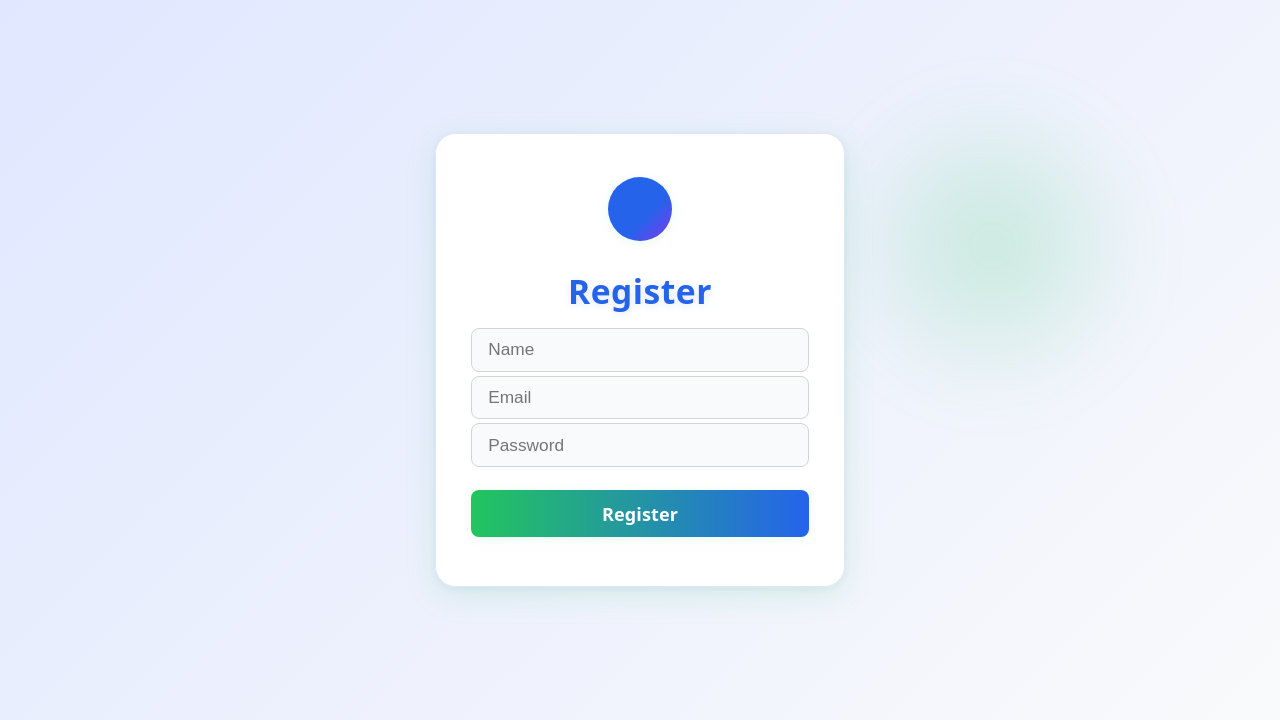
Repository: him021204/Task-Manager
Page: /register (app in client/)
An editor plug-in stored every save of this project. The page is shown before and after the next save, followed by the edit.
The browser window is 1280 px wide. The pictures show the whole page.
The page's requests for data from a server got no answer. The project was rebuilt for these pictures with package versions that can differ from the ones it lists, and the page was loaded fresh each time. No one was signed in, and anything a server would have sent is missing. Also part of the build but not shown: client/vite.config.js, client/src/pages/Dashboard.css, client/src/pages/Dashboard.jsx, client/src/pages/Login.css, client/src/pages/Login.jsx, client/src/pages/Analytics.css, client/src/pages/Analytics.jsx, client/src/pages/CalendarView.css and 1 more.

Above is the page before, as saved 2025-06-19 20:03:27.

### client/src/main.jsx
import React from 'react';
import ReactDOM from 'react-dom/client';
import App from './App.jsx';
import './index.css';
import 'react-big-calendar/lib/css/react-big-calendar.css';
ReactDOM.createRoot(document.getElementById('root')).render(
  <React.StrictMode>
    <App />
  </React.StrictMode>,
);

### client/src/App.jsx
import 'react-big-calendar/lib/css/react-big-calendar.css';
import { BrowserRouter as Router, Routes, Route } from 'react-router-dom';
import { SocketProvider } from './context/SocketContext';
import { AuthProvider } from './context/AuthContext';
import Home from './pages/Home';
import Dashboard from './pages/Dashboard';
import Login from './pages/Login';
import Register from './pages/Register';
import Analytics from './pages/Analytics';
import CalendarView from './pages/CalendarView';
import { ToastContainer } from 'react-toastify';
import 'react-toastify/dist/ReactToastify.css';

const App = () => {
  // You can also remove the dark state if not needed
  // const [dark, setDark] = useState(false);
  return (
    <div className="min-h-screen bg-gray-100 text-black">
      <AuthProvider>
        <SocketProvider>
          <Router>
            <main className="pt-12 px-2 max-w-7xl mx-auto">
              <Routes>
                <Route path="/" element={<Login />} />
                <Route path="/home" element={<Home />} />
                <Route path="/dashboard" element={<Dashboard />} />
                <Route path="/register" element={<Register />} />
                <Route path="/analytics" element={<Analytics />} />
                <Route path="/calendar" element={<CalendarView />} />
              </Routes>
            </main>
          </Router>
          <ToastContainer position="top-right" autoClose={3000} />
        </SocketProvider>
      </AuthProvider>
    </div>
  );
};

export default App;

### client/src/context/SocketContext.jsx
import { createContext, useContext, useEffect } from 'react';
import { socket } from '../utils/socket';

const SocketContext = createContext();

export const SocketProvider = ({ children }) => {
  useEffect(() => {
    return () => socket.disconnect();
  }, []);

  return (
    <SocketContext.Provider value={socket}>
      {children}
    </SocketContext.Provider>
  );
};

export const useSocket = () => useContext(SocketContext);

### client/src/context/AuthContext.jsx
import { createContext, useContext, useEffect, useState } from 'react';
import axios from 'axios';

export const AuthContext = createContext();

export const AuthProvider = ({ children }) => {
  const [user, setUser] = useState(null);
  const [token, setToken] = useState(localStorage.getItem('token'));

  useEffect(() => {
    if (token) {
      axios.defaults.headers.common['Authorization'] = `Bearer ${token}`;
      setUser(JSON.parse(localStorage.getItem('user')));
    }
  }, [token]);

  const login = (data) => {
    localStorage.setItem('token', data.token);
    localStorage.setItem('user', JSON.stringify(data.user));
    setUser(data.user);
    setToken(data.token);
  };

  const logout = () => {
    localStorage.clear();
    setUser(null);
    setToken(null);
  };

  return (
    <AuthContext.Provider value={{ user, login, logout }}>
      {children}
    </AuthContext.Provider>
  );
};

export const useAuth = () => useContext(AuthContext);

### client/src/pages/Home.jsx
import React from 'react';
import { Link, useNavigate } from 'react-router-dom';
import { useEffect } from 'react';
import './Home.css';

const features = [
  {
    title: "Project Organization",
    desc: "Easily create, manage, and prioritize all your projects in one place with intelligent categorization.",
    icon: (
      <svg className="feature-icon blue-icon" fill="none" stroke="currentColor" strokeWidth="2" viewBox="0 0 24 24">
        <rect x="3" y="4" width="18" height="6" rx="2" />
        <rect x="3" y="14" width="9" height="6" rx="2" />
        <rect x="15" y="14" width="6" height="6" rx="2" />
      </svg>
    ),
  },
  {
    title: "Kanban Boards",
    desc: "Visualize your workflow with drag-and-drop simplicity. Track progress like never before.",
    icon: (
      <svg className="feature-icon green-icon" fill="none" stroke="currentColor" strokeWidth="2" viewBox="0 0 24 24">
        <rect x="3" y="5" width="4" height="14" rx="2" />
        <rect x="10" y="5" width="4" height="9" rx="2" />
        <rect x="17" y="5" width="4" height="4" rx="2" />
      </svg>
    ),
  },
  {
    title: "Team Collaboration",
    desc: "Real-time updates, seamless communication, and synchronized teamwork across all devices.",
    icon: (
      <svg className="feature-icon purple-icon" fill="none" stroke="currentColor" viewBox="0 0 24 24">
        <circle cx="8" cy="8" r="3" />
        <circle cx="16" cy="8" r="3" />
        <path d="M2 20v-2a4 4 0 014-4h4a4 4 0 014 4v2" />
        <path d="M17 20v-2a4 4 0 013-3.87" />
      </svg>
    ),
  },
];

const Login = () => {
  const navigate = useNavigate();

  useEffect(() => {
    // If token exists, redirect to home
    if (localStorage.getItem('token')) {
      navigate('/home'); // or navigate('/') if your home route is "/"
    }
  }, [navigate]);

  // ...rest of your component...
};

const Home = () => {
  const handleGetStartedHover = (e) => {
    e.target.style.transform = 'translateY(-8px)';
    e.target.style.boxShadow = '0 25px 50px rgba(37, 99, 235, 0.4)';
  };

  const handleGetStartedLeave = (e) => {
    e.target.style.transform = 'translateY(0)';
    e.target.style.boxShadow = '0 20px 40px rgba(37, 99, 235, 0.3)';
  };

  const handleStatHover = (e) => {
    e.target.style.transform = 'translateY(-12px)';
    e.target.style.boxShadow = '0 30px 60px rgba(0, 0, 0, 0.15)';
  };

  const handleStatLeave = (e) => {
    e.target.style.transform = 'translateY(0)';
    e.target.style.boxShadow = '0 20px 40px rgba(0, 0, 0, 0.1)';
  };

  const handleFeatureHover = (e) => {
    e.target.style.transform = 'translateY(-16px)';
    e.target.style.boxShadow = '0 40px 80px rgba(0, 0, 0, 0.15)';
  };

  const handleFeatureLeave = (e) => {
    e.target.style.transform = 'translateY(0)';
    e.target.style.boxShadow = '0 30px 60px rgba(0, 0, 0, 0.1)';
  };

  const handleTrialButtonHover = (e) => {
    e.target.style.transform = 'translateY(-8px)';
    e.target.style.background = '#f8fafc';
  };

  const handleTrialButtonLeave = (e) => {
    e.target.style.transform = 'translateY(0)';
    e.target.style.background = 'white';
  };

  const handleFooterLinkHover = (e) => {
    e.target.style.color = '#2563eb';
  };

  const handleFooterLinkLeave = (e) => {
    e.target.style.color = '#64748b';
  };

  return (
    <div className="home-container">
      {/* Navigation Bar */}
      <nav className="navbar">
        <div className="nav-content">
          <span className="logo">Task Manager</span>
          <div className="nav-links">
            <Link to="/home" className="nav-link active">Home</Link>
            <Link to="/dashboard" className="nav-link">Dashboard</Link>
            <Link to="/analytics" className="nav-link">Analytics</Link>
            <Link to="/calendar" className="nav-link">Calendar</Link>
            <Link to="/" className="nav-link">Login</Link>
          </div>
        </div>
      </nav>

      {/* Welcome Message */}
      <div className="welcome-banner">
      </div>

      {/* Hero Section */}
      <header className="hero-section">
        {/* Background Elements */}
        <div className="bg-element bg-element-1"></div>
        <div className="bg-element bg-element-2"></div>

        <div className="hero-content">
          <div className="hero-text">
            {/* Main Heading */}
            <div className="main-heading">
              <h1 className="heading-line-1">Boost Your Productivity</h1>
            </div>

            {/* Subtitle */}
            <p className="subtitle">
              Transform chaos into clarity. Manage tasks, projects, and teams with the most
              <span className="highlight"> intuitive platform </span>
              designed for modern workflows.
            </p>

            {/* CTA Buttons */}
            <div className="cta-container">
              <Link
                to="/"
                className="cta-button"
                onMouseEnter={handleGetStartedHover}
                onMouseLeave={handleGetStartedLeave}
              >
                <span>Get Started Free</span>
                <svg width="20" height="20" fill="none" stroke="currentColor" viewBox="0 0 24 24">
                  <path strokeLinecap="round" strokeLinejoin="round" strokeWidth="2" d="M13 7l5 5m0 0l-5 5m5-5H6"></path>
                </svg>
              </Link>
            </div>
          </div>

          {/* Stats Section */}
          <div className="stats-grid">
            {[
              { number: "10K+", label: "Tasks Completed Daily", icon: "📋", gradient: "gradient-blue" },
              { number: "99.9%", label: "Uptime Guarantee", icon: "⚡", gradient: "gradient-green" },
              { number: "Real-time", label: "Team Collaboration", icon: "👥", gradient: "gradient-purple" }
            ].map((stat, idx) => (
              <div
                key={idx}
                className="stat-card"
                onMouseEnter={handleStatHover}
                onMouseLeave={handleStatLeave}
              >
                <div className="stat-icon">{stat.icon}</div>
                <div className={`stat-number ${stat.gradient}`}>
                  {stat.number}
                </div>
                <div className="stat-label">
                  {stat.label}
                </div>
              </div>
            ))}
          </div>
        </div>
      </header>

      {/* Features Section */}
      <section className="features-section">
        <div className="features-container">
          {/* Section Header */}
          <div className="section-header">
            <h2 className="features-title">Powerful Features</h2>
            <p className="features-subtitle">
              Everything you need to transform your workflow and achieve unprecedented productivity
            </p>
          </div>

          {/* Features Grid */}
          <div className="features-grid">
            {features.map((feature, idx) => (
              <div
                key={idx}
                className="feature-card"
                onMouseEnter={handleFeatureHover}
                onMouseLeave={handleFeatureLeave}
              >
                {/* Icon */}
                <div className="feature-icon-container">
                  {feature.icon}
                </div>

                {/* Content */}
                <h3 className="feature-title">{feature.title}</h3>
                <p className="feature-description">{feature.desc}</p>
              </div>
            ))}
          </div>

          {/* Bottom CTA */}
          <div className="bottom-cta">
            <div className="cta-card">
              <div className="cta-overlay"></div>
              <div className="cta-content">
                <h3 className="cta-title">
                  Ready to Transform Your Productivity?
                </h3>
                <p className="cta-subtitle">
                  Join thousands of teams who've revolutionized their workflow
                </p>
                <Link
                  to="/"
                  className="trial-button"
                  onMouseEnter={handleTrialButtonHover}
                  onMouseLeave={handleTrialButtonLeave}
                >
                  <span>Start Your Free Trial</span>
                  <svg width="24" height="24" fill="none" stroke="currentColor" viewBox="0 0 24 24">
                    <path strokeLinecap="round" strokeLinejoin="round" strokeWidth="2" d="M13 7l5 5m0 0l-5 5m5-5H6"></path>
                  </svg>
                </Link>
              </div>
            </div>
          </div>
        </div>
      </section>

      {/* Footer */}
      <footer className="footer">
        <div className="footer-content">
          <p className="footer-text">
            © {new Date().getFullYear()} Task Manager. Built for teams and individuals who value productivity.
          </p>
          <div className="footer-links">
            {["Privacy Policy", "Terms of Service", "Contact Us"].map((link, idx) => (
              <a
                key={idx}
                href="#"
                className="footer-link"
                onMouseEnter={handleFooterLinkHover}
                onMouseLeave={handleFooterLinkLeave}
              >
                {link}
              </a>
            ))}
          </div>
        </div>
      </footer>
    </div>
  );
};

export default Home;

### client/src/pages/Register.jsx
import { useState } from 'react';
import axios from 'axios';
import { useNavigate } from 'react-router-dom';
import './Register.css';

const Register = () => {
  const [form, setForm] = useState({ name: '', email: '', password: '' });
  const [loading, setLoading] = useState(false);
  const [error, setError] = useState('');
  const navigate = useNavigate();

  const handleSubmit = async (e) => {
    e.preventDefault();
    setLoading(true);
    setError('');
    try {
      await axios.post('http://localhost:5000/api/auth/register', form);
      navigate('/login');
    } catch (err) {
      setError(
        err.response?.data?.error ||
        'Registration failed. Please try again.'
      );
    } finally {
      setLoading(false);
    }
  };

  return (
    <div className="register-bg">
      <form onSubmit={handleSubmit} className="register-form">
        <div className="register-avatar">
          {/* Example SVG icon */}
          <svg viewBox="0 0 24 24" fill="none">
            <circle cx="12" cy="8" r="4" />
            <path d="M4 20c0-4 16-4 16 0" />
          </svg>
        </div>
        <h2 className="register-title">Register</h2>
        {error && <div className="register-alert">{error}</div>}
        <input
          className="register-input"
          type="text"
          placeholder="Name"
          value={form.name}
          onChange={e => setForm({ ...form, name: e.target.value })}
          required
        />
        <input
          className="register-input"
          type="email"
          placeholder="Email"
          value={form.email}
          onChange={e => setForm({ ...form, email: e.target.value })}
          required
        />
        <input
          className="register-input"
          type="password"
          placeholder="Password"
          value={form.password}
          onChange={e => setForm({ ...form, password: e.target.value })}
          required
        />
        <button className="register-btn" type="submit" disabled={loading}>
          {loading ? 'Registering...' : 'Register'}
        </button>
      </form>
    </div>
  );
};

export default Register;

### client/src/pages/Register.css
.register-bg {
  min-height: 100vh;
  width: 100vw;
  display: flex;
  align-items: center;
  justify-content: center;
  background: linear-gradient(135deg, #e0e7ff 0%, #f9fafb 100%);
  padding: 3rem 1rem;
  position: relative;
  overflow: hidden;
}

/* Decorative blurred circle for depth */
.register-bg::before {
  content: "";
  position: absolute;
  top: 12%;
  left: 65%;
  width: 320px;
  height: 320px;
  background: radial-gradient(circle, #22c55e33 0%, transparent 70%);
  filter: blur(30px);
  z-index: 0;
  pointer-events: none;
}

/* Glassy register card */
.register-form {
  width: 100%;
  max-width: 410px;
  background: rgba(255,255,255,0.97);
  border-radius: 1.3rem;
  box-shadow: 0 8px 32px rgba(34, 197, 94, 0.13), 0 2px 8px rgba(37, 99, 235, 0.08);
  padding: 2.7rem 2.2rem 2rem 2.2rem;
  margin: 0 auto;
  border: 1.5px solid #e0e7ef;
  transition: box-shadow 0.2s;
  backdrop-filter: blur(2px);
  position: relative;
  z-index: 1;
  display: flex;
  flex-direction: column;
  align-items: center;
}

/* Logo or avatar area */
.register-avatar {
  width: 64px;
  height: 64px;
  border-radius: 50%;
  background: linear-gradient(135deg, #2563eb 60%, #7c3aed 100%);
  display: flex;
  align-items: center;
  justify-content: center;
  margin: 0 auto 1.1rem auto;
  box-shadow: 0 2px 12px rgba(34, 197, 94, 0.10);
}
.register-avatar svg {
  width: 38px;
  height: 38px;
  color: #fff;
}

.register-title {
  margin-top: 0.5rem;
  text-align: center;
  font-size: 2.1rem;
  font-weight: 900;
  color: #2563eb;
  letter-spacing: 0.5px;
  margin-bottom: 0.7rem;
  text-shadow: 0 2px 8px #e0e7ff;
}

.register-alert {
  background: #fef2f2;
  border: 1.5px solid #fecaca;
  color: #dc2626;
  padding: 0.85rem 1.2rem;
  border-radius: 0.7rem;
  margin-bottom: 1.1rem;
  font-size: 1.05rem;
  text-align: center;
  font-weight: 500;
  letter-spacing: 0.1px;
}

.register-label {
  display: block;
  font-size: 1.07rem;
  font-weight: 600;
  color: #334155;
  margin-bottom: 0.25rem;
  letter-spacing: 0.1px;
}

.register-input {
  width: 100%;
  padding: 0.65rem 1rem;
  border: 1.5px solid #d1d5db;
  border-radius: 0.5rem;
  font-size: 1.08rem;
  color: #1e293b;
  background: #f8fafc;
  margin-bottom: 0.25rem;
  transition: border 0.2s, box-shadow 0.2s;
  font-weight: 500;
}

.register-input:focus {
  outline: none;
  border-color: #2563eb;
  background: #fff;
  box-shadow: 0 0 0 2px #2563eb22;
}

.register-input.error {
  border-color: #f87171;
  background: #fef2f2;
}

.register-error {
  color: #dc2626;
  font-size: 0.98rem;
  margin-bottom: 0.5rem;
  font-weight: 500;
}

.register-btn {
  width: 100%;
  display: flex;
  justify-content: center;
  align-items: center;
  padding: 0.7rem 0;
  background: linear-gradient(90deg, #22c55e 0%, #2563eb 100%);
  color: #fff;
  font-weight: 700;
  font-size: 1.13rem;
  border: none;
  border-radius: 0.5rem;
  margin-top: 1.2rem;
  margin-bottom: 1.1rem;
  cursor: pointer;
  transition: background 0.2s, box-shadow 0.2s;
  box-shadow: 0 2px 12px rgba(34, 197, 94, 0.10);
  letter-spacing: 0.1px;
}

.register-btn:disabled {
  background: #cbd5e1;
  cursor: not-allowed;
  box-shadow: none;
}

.register-btn:hover:not(:disabled) {
  background: linear-gradient(90deg, #16a34a 0%, #2563eb 100%);
  box-shadow: 0 4px 16px rgba(34, 197, 94, 0.13);
}

.register-links {
  display: flex;
  justify-content: space-between;
  align-items: center;
  margin-top: 0.7rem;
  width: 100%;
}

.register-link-btn {
  background: none;
  border: none;
  color: #22c55e;
  font-weight: 600;
  font-size: 1.01rem;
  cursor: pointer;
  padding: 0;
  transition: color 0.2s;
  letter-spacing: 0.1px;
}

.register-link-btn:hover {
  color: #2563eb;
  text-decoration: underline;
}

@media (max-width: 500px) {
  .register-form {
    padding: 1.2rem 0.5rem 1rem 0.5rem;
    min-width: 0;
  }
  .register-title {
    font-size: 1.3rem;
  }
}

Loaded but not shown: client/index.html (common file); client/src/index.css (common file); client/src/utils/socket.js (2 lines, source omitted); client/src/pages/Home.css (542 lines, source omitted)

After the next save:
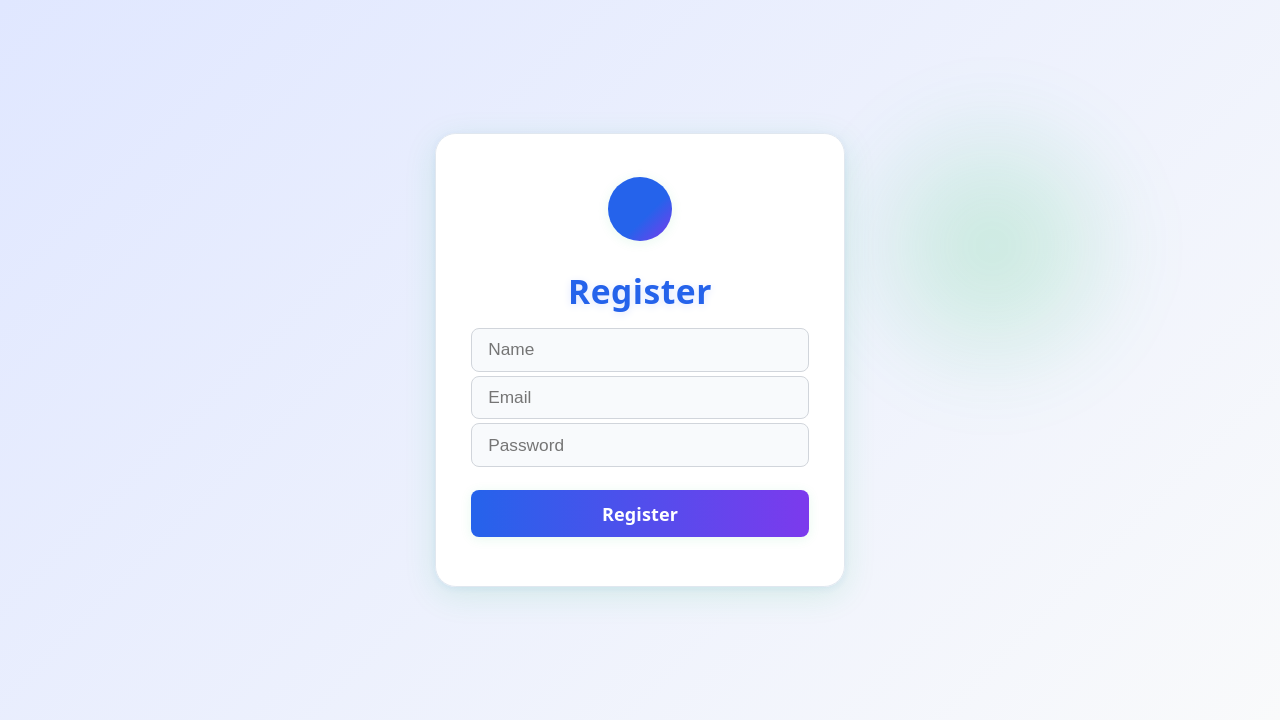
Saved 16 s later.
--- a/client/src/pages/Register.css
+++ b/client/src/pages/Register.css
@@ -132,7 +132,7 @@
   justify-content: center;
   align-items: center;
   padding: 0.7rem 0;
-  background: linear-gradient(90deg, #22c55e 0%, #2563eb 100%);
+  background: linear-gradient(90deg, #2563eb 0%, #7c3aed 100%);
   color: #fff;
   font-weight: 700;
   font-size: 1.13rem;
